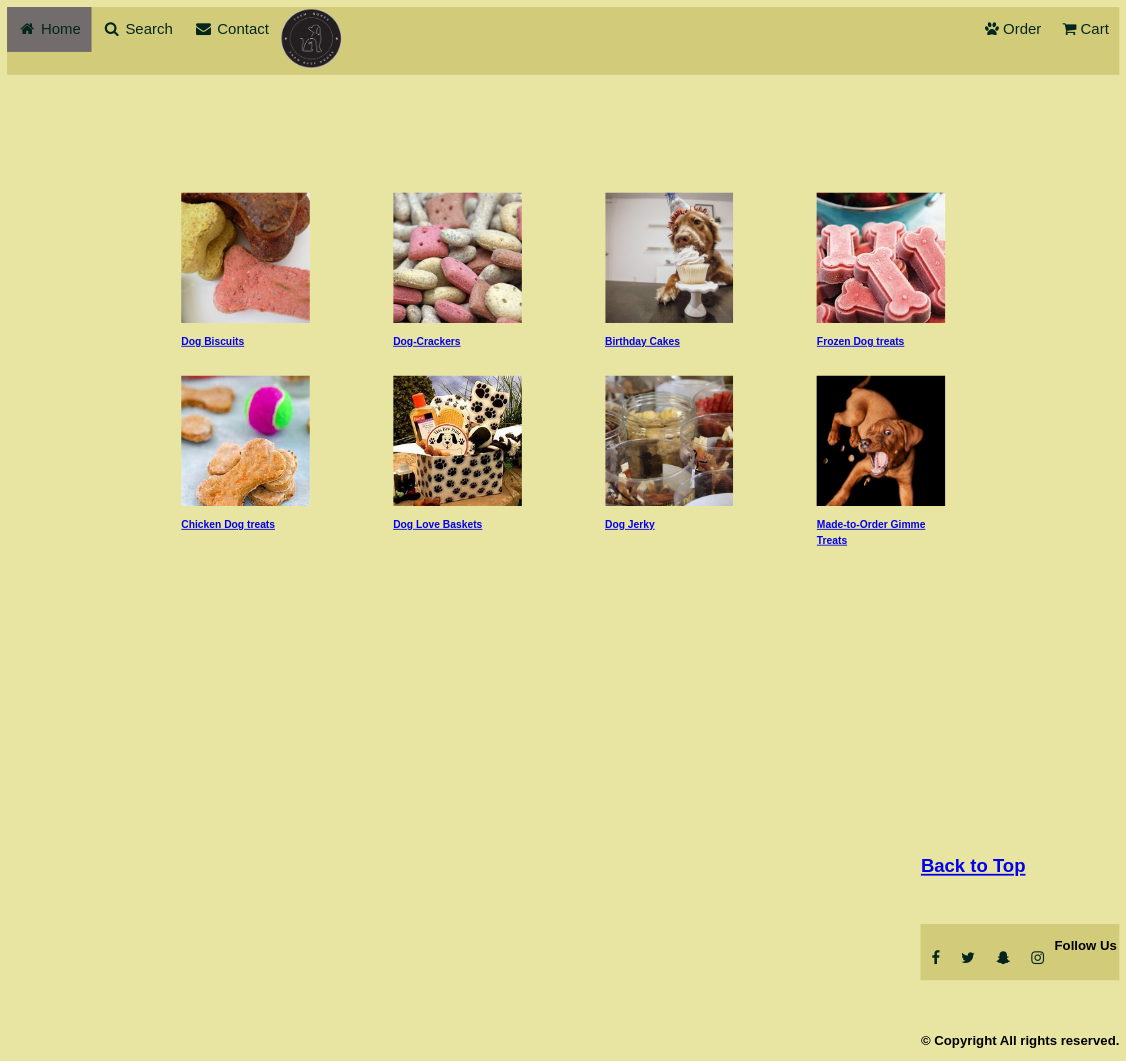
Repository: vgoins-RA2022/HTML-1
Page: index.html
These files come from the project's save history. The page is drawn as it stood at one moment and after the next save; the edit follows.
The browser window is 1280 px wide. The pictures show the whole page, at 88% of full size.

Above is the page before, as saved 2023-01-21 18:58:38.

### index.html
<!DOCTYPE html>
<html lang="en">

<head>
  <meta charset="UTF-8">
  <meta name="viewport" content="width=device-width, initial-scale=1">
  <link rel="stylesheet" href="https://cdnjs.cloudflare.com/ajax/libs/font-awesome/4.7.0/css/font-awesome.min.css">
  <link rel="stylesheet" href="../HTML-1/src/css/Style.css" type="text/css">
  <title>Simple HTML Assignment 1</title>
</head>

<header>
    <!-- setup top navigator bar. position logo, home and contact navators on the left-->
    <div class="navbar" float: left>
      <img src="src/img/them-bones-logo.png" alt="them-bones-logo" class="logo" >
      <a class="active" href="#"><i class="fa fa-fw fa-home"></i> Home</a>
      <a href="#"><i class="fa fa-fw fa-search"></i> Search</a>
      <a href="#"><i class="fa fa-fw fa-envelope"></i> Contact</a>
      <!-- position order and cart navigators on the right -->
    <div class="right"><a href="#"><i class="fa fa-paw" aria-hidden="true"></i> Order</a>
    <div class="right"><a href="#"><i class="fa fa-shopping-cart" aria-hidden="true"></i> Cart</a>
    </div>
  </header>

<body>
  <div class="container">
     <!-- set of store gallery of self-contained items enclosed in the figure tags  -->
    <div class="gallery">

      <figure class="gallery__item gallery__item--1">
            <img src="src/img/animal-dog- biscuits.jpg" alt="animal-dog-biscuits" class="gallery__img" >
              <h3 class= image-text>
                <h3><a href="#">Dog Biscuits</a></h3>
              </h3>
        </figure>
        <figure class="gallery__item gallery__item--2">
            <img src="src/img/animal-dog- crackers.jpg" alt="animal-dog-crackers" class="gallery__img">
                <h3 class= image-text>
                  <h3><a href="#">Dog-Crackers</a></h3>
                </h3>

        </figure>
        <figure class="gallery__item gallery__item--3">
            <img src="src/img/dog-happy-birthday.jpg" alt="dog-happy-birthday" class="gallery__img">
              <h3 class= image-text></h3>
                <h3><a href="#">Birthday Cakes</a></h3>
               </h3>
        </figure>
        <figure class="gallery__item gallery__item--4">
            <img src="src/img/frozen-dog-treats.jpg" alt="frozen-dog-treats" class="gallery__img">
              <h3 class= image-text>
                 <h3><a href="#">Frozen Dog treats</a></h3>
              </h3>
        </figure>
        <figure class="gallery__item gallery__item--5">
            <img src="src/img/chicken-dog-treat.jpg" alt="chicken-dog-treats" class="gallery__img">
              <h3 class= image-text>
                <h3><a href="#">Chicken Dog treats</a></h3>
              </h3>
        </figure>
        <figure class="gallery__item gallery__item--6">
            <img src="src/img/doggy-love-basket.jpg" alt="doggy-love-basket" class="gallery__img">
            <h3 class= image-text>
            <h3><a href="#">Dog Love Baskets</a></h3>
            </h3>
        </figure>
        <figure class="gallery__item gallery__item--7">
            <img src="src/img/Dog-jerkey.png" alt="dog-jerky" class="gallery__img">
            <h3 class= image-text>
              <a href="#">Dog Jerky</a></h3>
            </h3>
        </figure>
        <figure class="gallery__item gallery__item--8">
          <img src="src/img/gimme-dog treats.jpg" alt="gimme-dog-treats" class="gallery__img">
          <h3 class= image-text>
            <a href="#">Made-to-Order Gimme Treats</a>
          </h3>
        </figure>

      </div>
  </div>

  <a href="#" class="button">
    <div class="right"><span class="label"><h3>Back to Top</h3></span>
  </a>
</body>

<footer>
  <!-- <div> id="footer"</div>  footer id attribute -->

  <!-- setup navigator bar in the footer of copywright and social media icons -->

    <div class="navbar" float: left>
    <!-- <div class="left"> -->
      <h2>Follow Us
      <a href="#"><i class="fa fa-facebook"></i> </a>
      <a href="#"><i class="fa fa-twitter"></i> </a>
      <a href="#"><i class="fa fa-snapchat-ghost"></i> </a>
      <a href="#"><i class="fa fa-instagram"></i> </a>
      </h2>
    </div>
    <div class="navbar" float:right></div>
        <p class="copyright"> <h2>&copy; Copyright All rights reserved.</h2> </p>
    </div>

  </footer>
</html>

### src/css/Style.css

/* align navigation bar items */
.left-menu {
  grid-column: 1;
}
.right-menu {
  grid-column: -1;
}
/* format logo position, width and height */
.logo {
  grid-column: 3;
  grid-area: logo;
  place-self: center;
  width: 10vh;
  height: 10vh;
  justify-self: center;
  background-color:#d2cc7a;
}

/* style the navigation bar */
.navbar a {
float: left;
padding-top: 70px;
padding: 12px;
color: #02261d;
text-decoration: none;
font-size: 17px;
}
/* set the size of the images */
img {
  width: 400px;
  height: 80px;
}
/* change color of navigation item when cursor hovers */
.navbar a:hover {
background-color: #8e8c8c;
}
.active {
background-color: #736c6c;
}
.left {
  float: left;
}

.right {
  float: right;
 }

.navbar a {
    float: left;
    display: block;
}

.navbar {
    width: 100%;
    background-color: #d2cc7a;
    overflow: auto;
}

.logo img {
    display: inline-block;
    vertical-align: top;
    width: 50px;
    height: 50px;
    margin-right: 20px;
    margin-top: 15px;
}



html {
  box-sizing: border-box;
  font-size: 62.5%;
}

body {
  font-family: "Nunito", sans-serif;
  background-color: rgba(216, 212, 98, 0.585);
  font-weight: 300;
  line-height: 1.6;
}

.container {
  width: 75%;
  margin: 2rem auto;
}

.gallery {
  display: grid;
  grid-template-columns: repeat(8, 1fr);
  grid-template-rows: repeat(8, 5vw);
  grid-gap: 1.5rem;
  row-gap: 40px;
}

.gallery__img {
  width: 100%;
  height: 100%;
  object-fit: cover;
  display: block;
}

.image-txt {
  margin: 3%;
  position: absolute;
  top: 20px;
  left: 50px;
}
/* set length and position of store gallery items */
.gallery__item--1 {
  grid-column: 1 / span 2;
  grid-row: 2 / span 2;
}
.gallery__item--2 {
  grid-column: 3 / span 2;
  grid-row: 2 / span 2;
}
.gallery__item--3 {
  grid-column: 5 / span 2;
  grid-row: 2 / span 2;
}
.gallery__item--4 {
  grid-column: 7 / span 2;
  grid-row: 2 / span 2;
}
.gallery__item--5 {
  grid-column: 1 / span 2;
  grid-row: 4 / span 2;
}
.gallery__item--6 {
  grid-column: 3 / span 2;
  grid-row: 4 / span 2;
}
.gallery__item--7 {
  grid-column: 5 / span 2;
  grid-row: 4 / span 2;
}
.gallery__item--8 {
  grid-column: 7 / span 2;
  grid-row: 4 / span 2;
}
/* Style the button */
.button {
  outline: none;
  padding: 10px 16px;

  cursor: pointer;
  font-size: 18px;
}


.button:hover {
  background-color: #ddd;
}

.button.active {
  background-color: #666;
  color: white;
}

.footer {
  background: #061D25;
  padding: 10px 0;
}
.footer a {
  color: #70726F;
  font-size: 20px;
  padding: 10px;
  border-right: 1px solid #70726F;
  transition: all .5s ease;
}
.flex-container {
  display: flex;
  background: #d2cc7a;
}

.copyright{
  text-align: center;
  padding-top: 24px;
  font-weight: 500;
  opacity: 0.8;
  font-size: 16px;
}
@media (max-width: 767px) {

    .h6{
      margin: 0 auto;
      text-align: center;
      margin-top: 10px;
      margin-bottom: 10px;
    }
    .ul{
      text-align: center;
    }
    .social{
        width: 100%;
        margin: 0 auto;
        text-align: center;
        padding: 40px;
        padding-bottom: 0px;
        border-top: 1px solid #eee;
        margin-top: 50px;
    }

  }

After the next save:
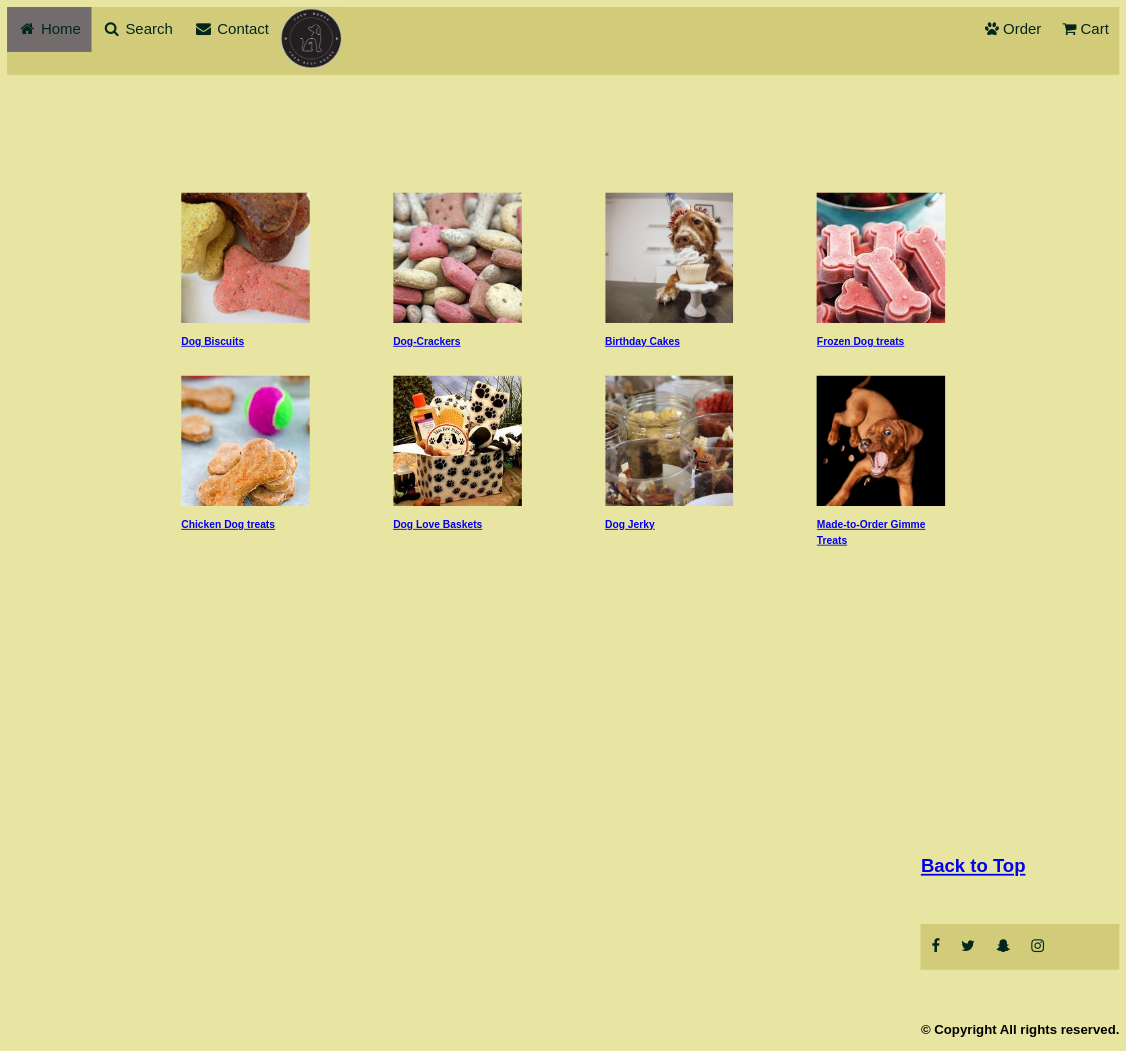
Saved 54 s later.
--- a/index.html
+++ b/index.html
@@ -92,7 +92,7 @@
 
     <div class="navbar" float: left>
     <!-- <div class="left"> -->
-      <h2>Follow Us
+
       <a href="#"><i class="fa fa-facebook"></i> </a>
       <a href="#"><i class="fa fa-twitter"></i> </a>
       <a href="#"><i class="fa fa-snapchat-ghost"></i> </a>
